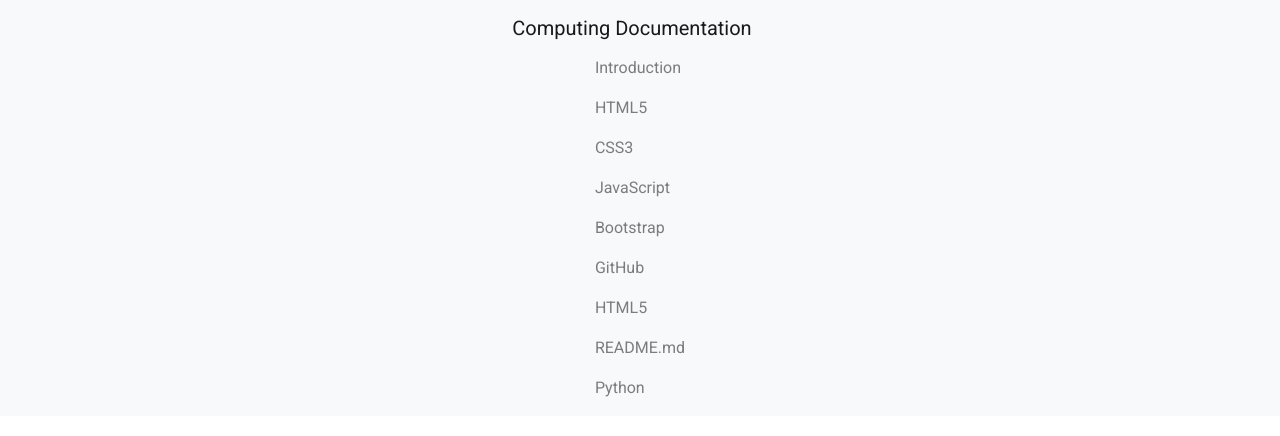
Repository: derektypist/technical-documentation-page
Page: index.html
The author's editor kept a record of every edit. The page is drawn from the files as they stood at one moment, then again after the next edit.
The browser window is 1280 px wide. The pictures show the whole page.

Above is the page before.

After the next edit:
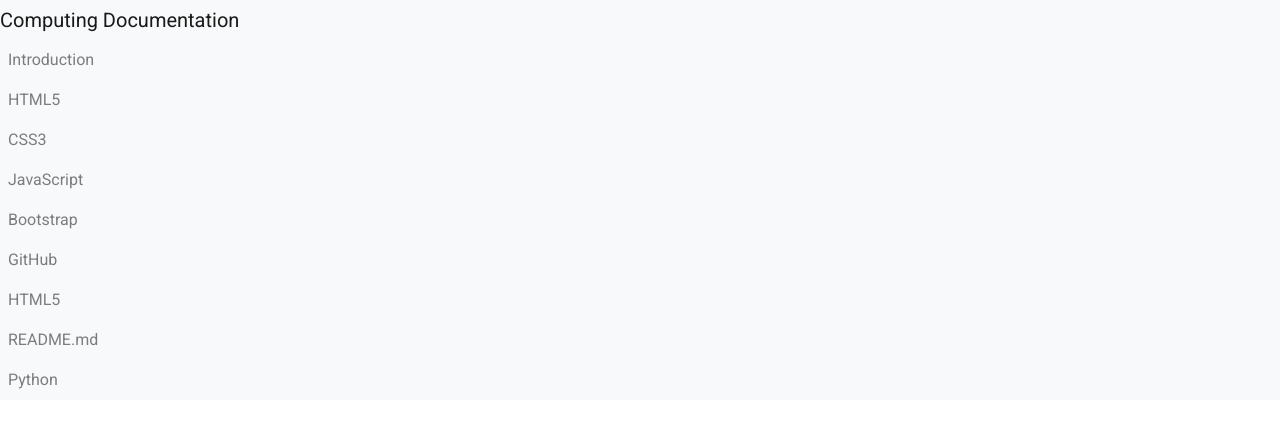
The edit:
--- a/index.html
+++ b/index.html
@@ -17,7 +17,7 @@
 </head>
 <body>
     <!-- Set Up Navigation -->
-    <nav class="navbar navbar-expand navbar-light bg-light nav flex-column" id="navbar">
+    <nav class="navbar-expand navbar-light bg-light nav flex-column" id="navbar">
   <a class="navbar-brand" href="#">Computing Documentation</a>
   <button class="navbar-toggler" type="button" data-toggle="collapse" data-target="#navbarSupportedContent" aria-controls="navbarSupportedContent" aria-expanded="false" aria-label="Toggle navigation">
     <span class="navbar-toggler-icon"></span>
